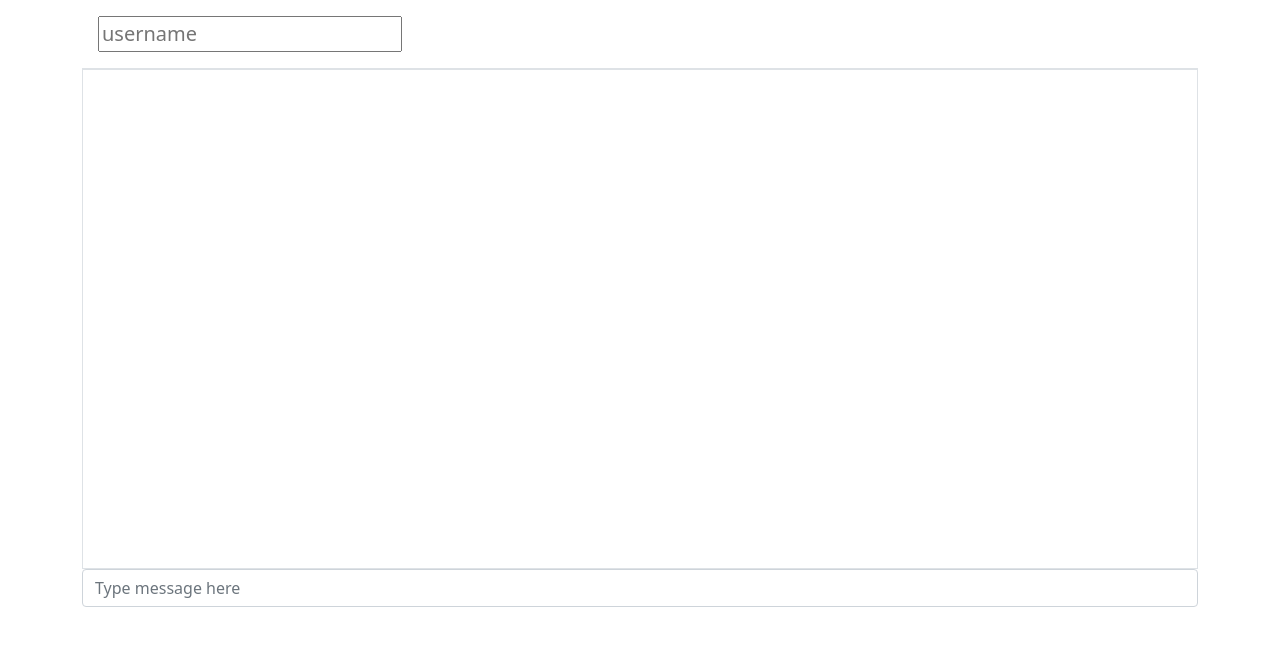
Repository: CSCI201-G32/StudyGroups
Page: / (app in react-chat/)
The author's editor kept a copy of each file at every save. The page is drawn from the files as they stood at one save, then again after the next save.
The browser window is 1280 px wide. The pictures show the whole page.
The page's requests for data from a server got no answer. The project was rebuilt for these pictures with package versions that can differ from the ones it lists, and the page was loaded fresh each time. No one was signed in, and anything a server would have sent is missing.

Above is the page before, as saved 2023-11-16 08:48:40.

After the next save:
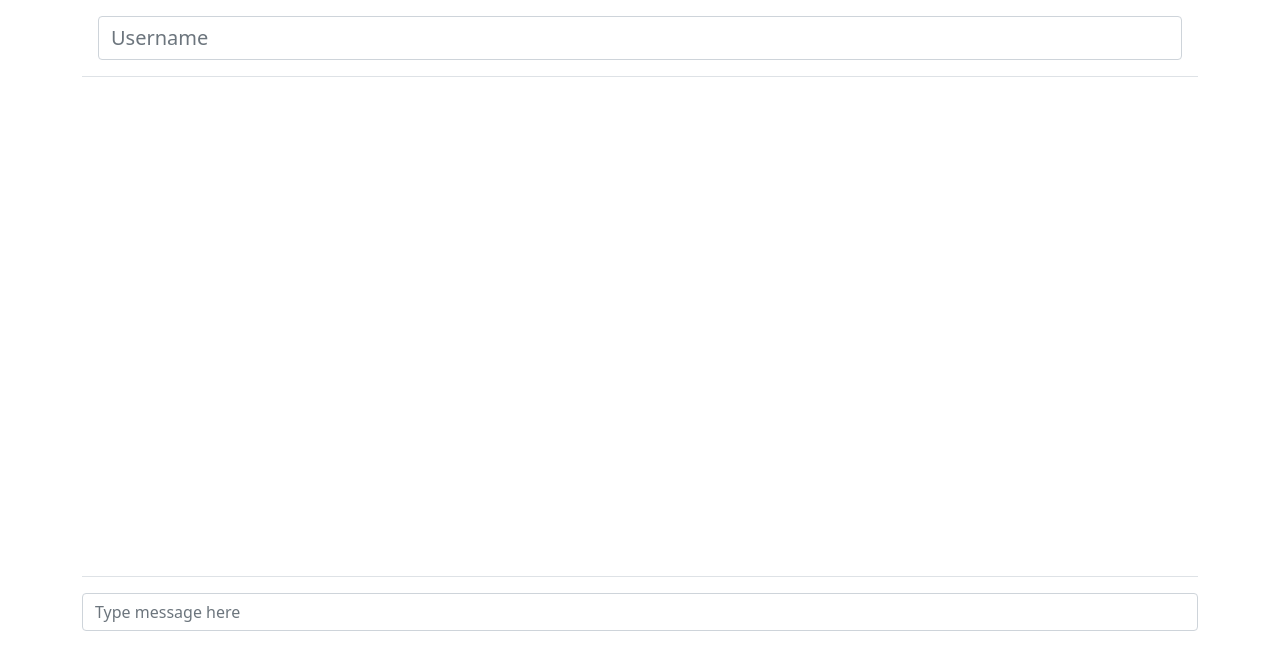
Saved 4 min 0 s later.
--- a/react-chat/src/App.js
+++ b/react-chat/src/App.js
@@ -40,29 +40,38 @@ function App() {
 
   return (
     <div className="container">
-      <div className="d-flex flex-column align-items-stretch flex-shrink-0 bg-white">
-        <div
-        className="d-flex align-items-center flex-shrink-0 p-3 link-dark text-decoration-none border-bottom">
-          <input className="fs-5 fw-semibold" placeholder="username" value={username} onChange={e => setUsername(e.target.value)}/>
-        </div>
-      <div className="list-group list-group-flush border bottom scrollarea">
+    <div className="d-flex flex-column align-items-stretch flex-shrink-0 bg-white">
+      <div className="d-flex align-items-center flex-shrink-0 p-3 link-dark text-decoration-none border-bottom">
+        <input
+          className="form-control fs-5 fw-semibold"
+          placeholder="Username"
+          value={username}
+          onChange={e => setUsername(e.target.value)}
+        />
+      </div>
+      <div className="list-group list-group-flush border-bottom scrollarea">
         {messages.map(message => {
-          return(
-            <div className="list-group-item list-group-item-action py-3 lh-tight">
+          return (
+            <div className="list-group-item list-group-item-action py-3 lh-tight" key={message.id}>
               <div className="d-flex w-100 align-items-center justify-content-between">
                 <strong className="mb-1">{message.username}</strong>
               </div>
               <div className="col-10 mb-1 small">{message.message}</div>
             </div>
-          )
+          );
         })}
       </div>
-      </div>
-      <form onSubmit={e => handleSubmit(e)}>
-        <input className="form-control" placeholder="Type message here" value={message}
-        onChange={e => setMessage(e.target.value)}/>
-      </form>
     </div>
+    <form onSubmit={e => handleSubmit(e)}>
+      <input
+        className="form-control mt-3"
+        placeholder="Type message here"
+        value={message}
+        onChange={e => setMessage(e.target.value)}
+      />
+    </form>
+  </div>
+
   );
 }
 
